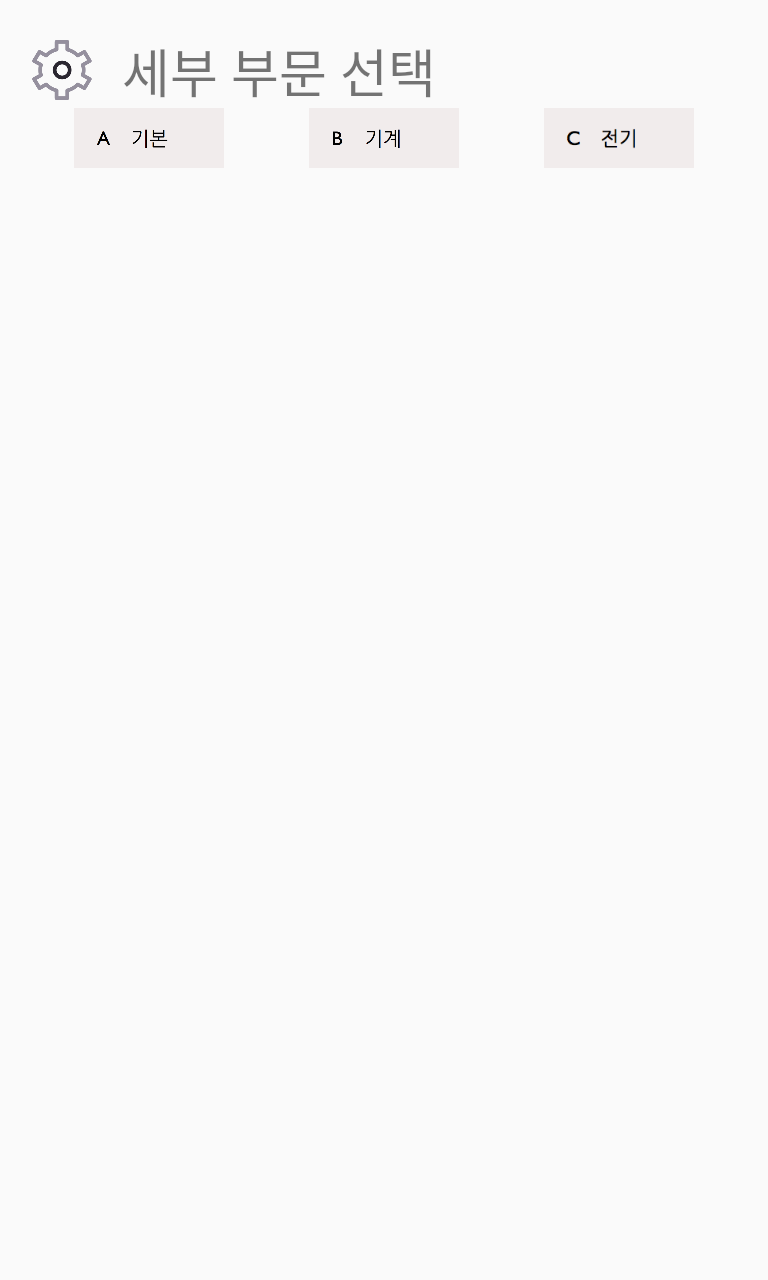
Repository: team-peony/ccfinder
Layout: android/CertifiedCompanyFinder/res/layout/fragment_category_ks.xml
These files come from the project's save history. The layout is drawn as it stood at one moment and after the next save; the edit follows.
It is drawn on a 768 x 1280 px phone screen (xhdpi) without system bars, with theme AppTheme; the app's code is not run.

Above is the layout before, as saved 2015-02-20 05:36:33.

After the next save:
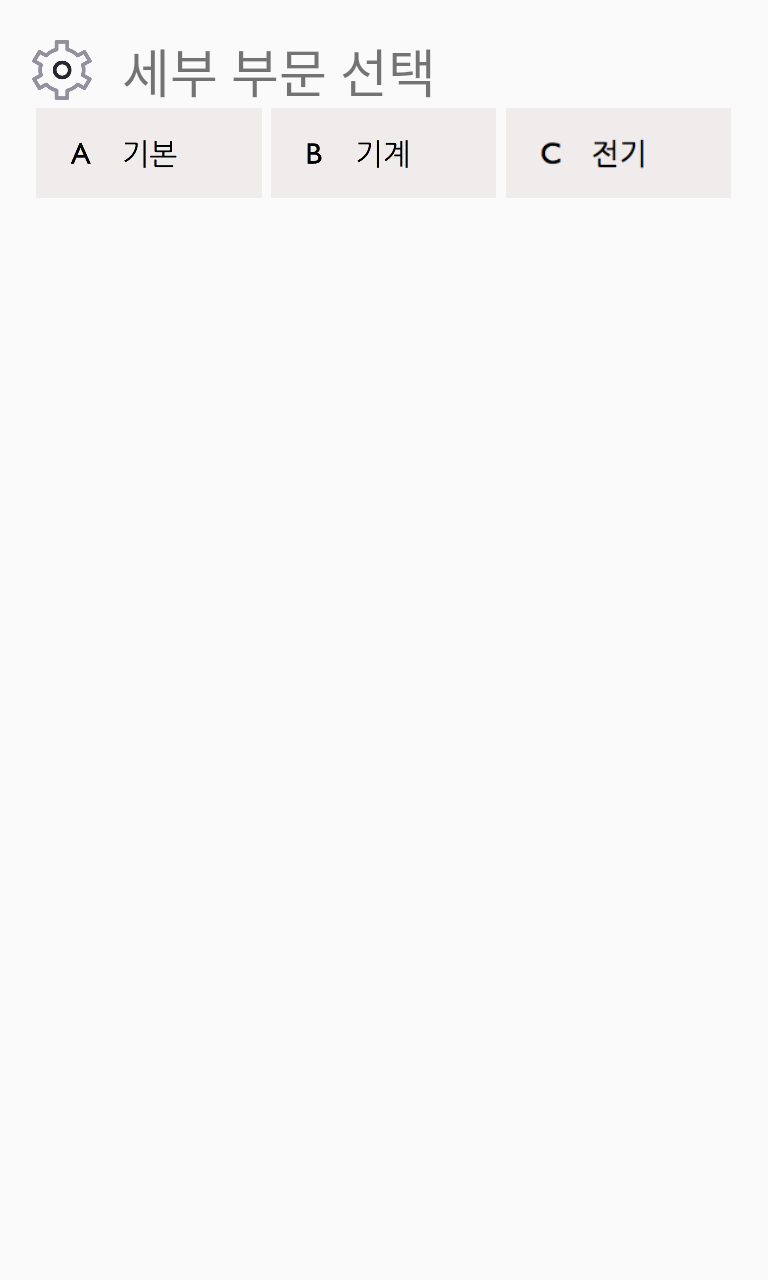
Saved 26 s later.
--- a/android/CertifiedCompanyFinder/res/values/dimens.xml
+++ b/android/CertifiedCompanyFinder/res/values/dimens.xml
@@ -6,5 +6,5 @@
 	<dimen name="category_icon_size">24dp</dimen>
 	<dimen name="category_padding">58dp</dimen>
 	<dimen name="ks_category_width">130dp</dimen>
-	<dimen name="ks_category_height">30dp</dimen>
+	<dimen name="ks_category_height">45dp</dimen>
 </resources>
